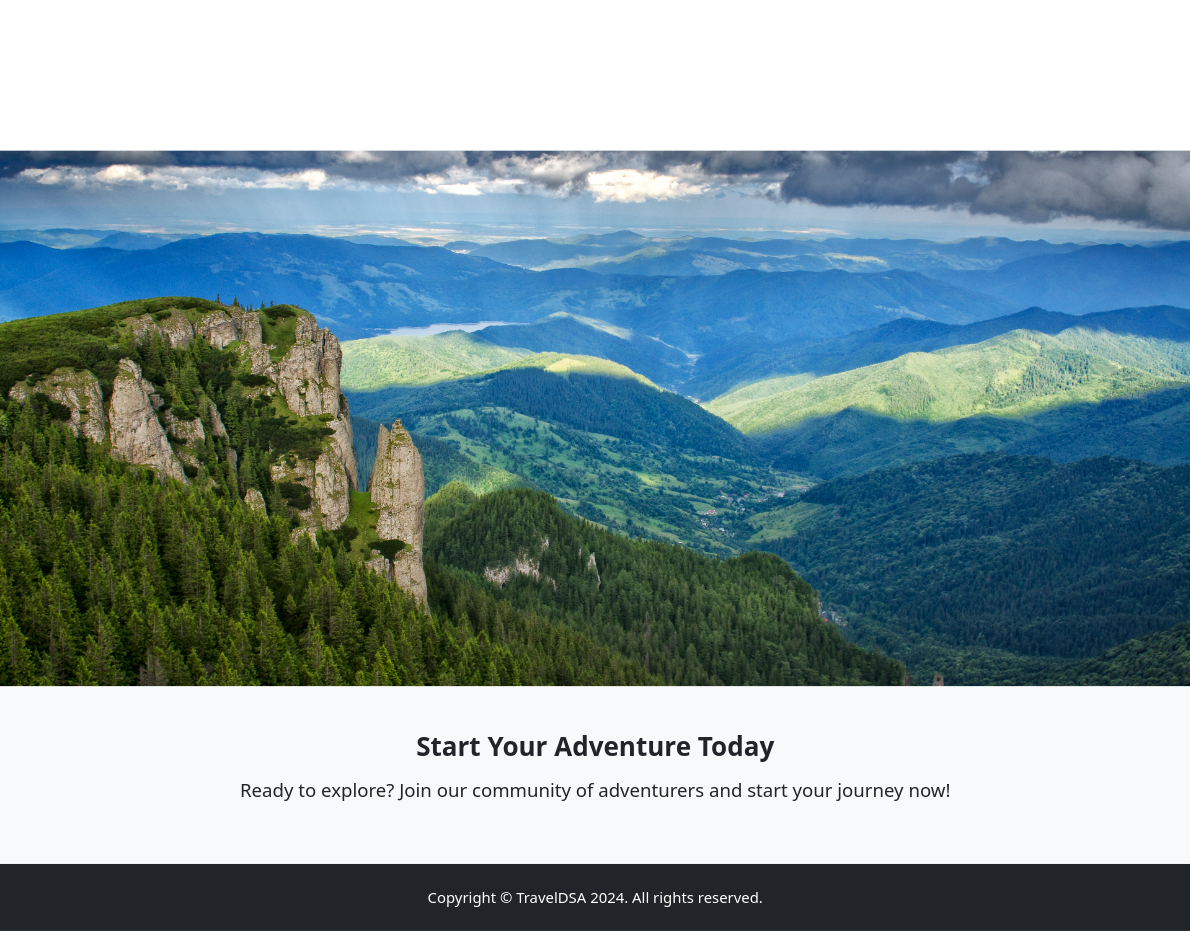
Repository: bettowww/TravelDSA
Page: /home
The author's editor kept a copy of each file at every save. The page is drawn from the files as they stood at one save, then again after the next save.
The browser window is 1280 px wide. The pictures show the whole page, at 93% of full size.
The project was rebuilt for these pictures with package versions that can differ from the ones it lists, and the page was loaded fresh each time. The framework's server and built-in components were replaced by stand-ins that run in the browser. Also part of the build but not shown: next.config.mjs.

Above is the page before, as saved 2024-12-10 14:02:22.

After the next save:
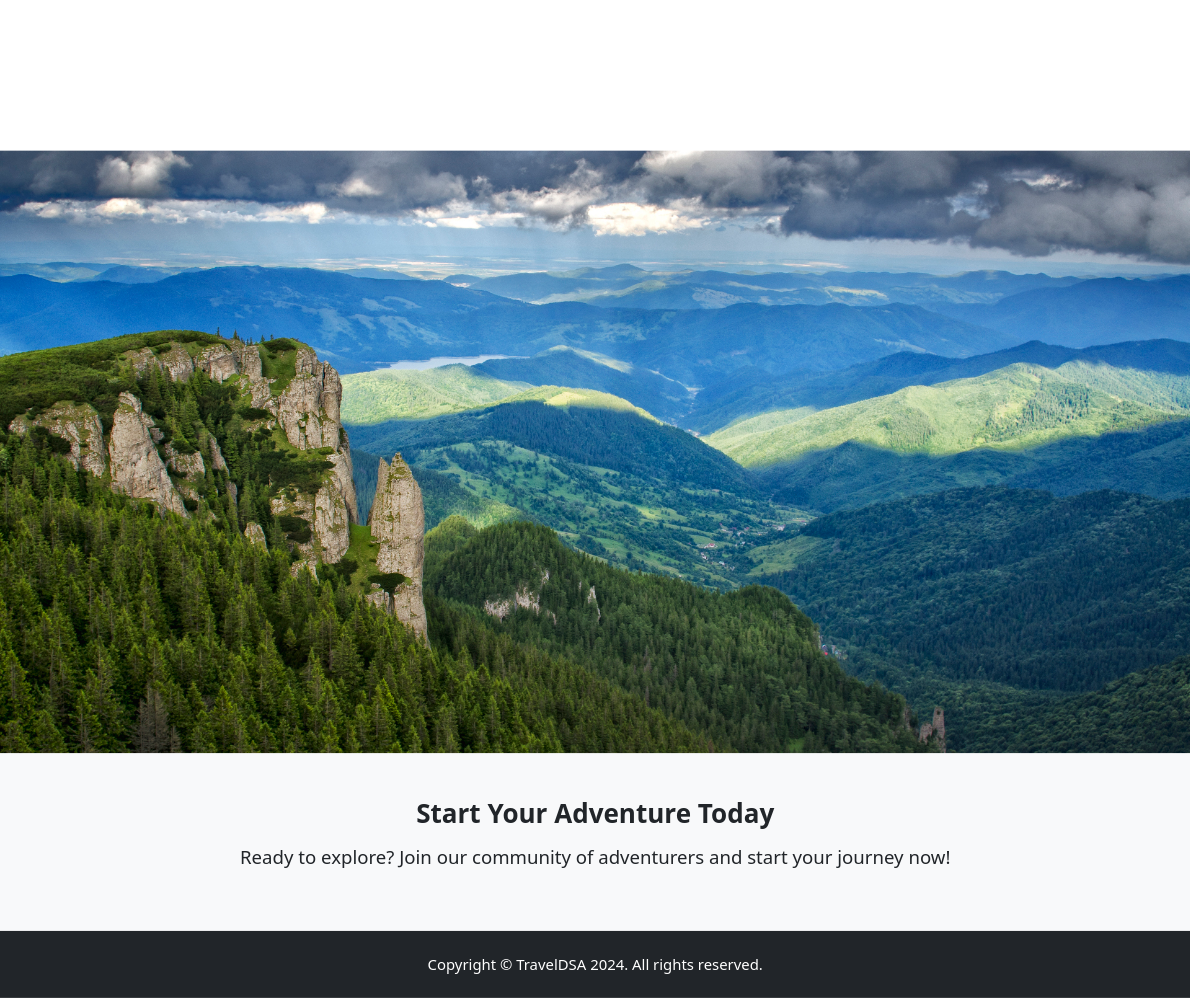
Saved 12 s later.
--- a/app/home/page.jsx
+++ b/app/home/page.jsx
@@ -31,7 +31,7 @@ const HomePage = () => {
           backgroundPosition: "center",
           backgroundRepeat: "no-repeat",
           padding: "80px 20px", // Increase padding for larger content area
-          minHeight: "80vh", // Ensure the section spans at least the full height of the viewport
+          minHeight: "90vh", // Ensure the section spans at least the full height of the viewport
         }}
       >
       </section>
